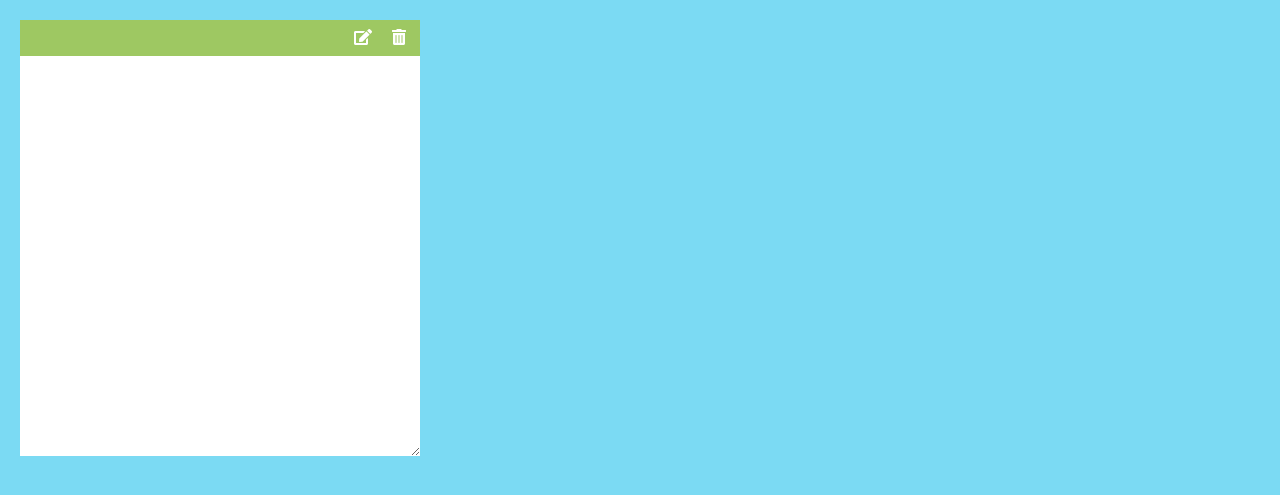
Repository: kate30980/projects-js-practice
Page: notes-app/index.html
An editor plug-in stored every save of this project. The page is shown before and after a run of saves, followed by the edit.
The browser window is 1280 px wide. The pictures show the whole page.
Some web libraries are served in a nearby version.

Above is the page before, as saved 2021-09-12 09:10:44.

After the next 2 saves:
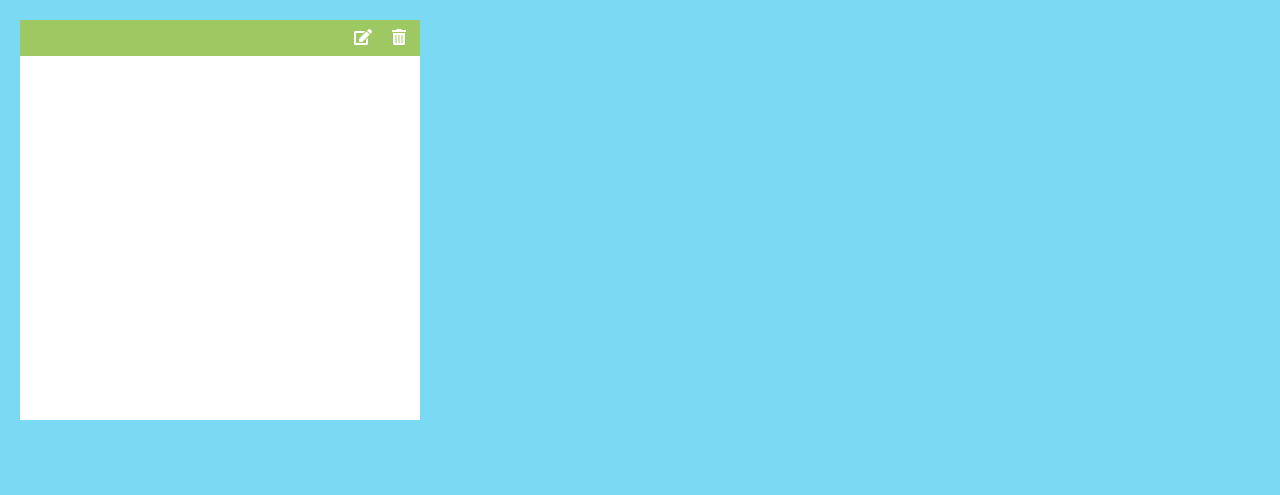
The 2 saves are shown as one change because they came seconds apart.
The last was saved 2 min 20 s later.
--- a/notes-app/style.css
+++ b/notes-app/style.css
@@ -33,8 +33,10 @@
 }
 .notes .main{
     width: 100%;height: 100%;
+    display: none;
 }
 .notes textarea{
+    display: none;
     width: 100%;height: 100%;
     border: none;
     font-family: inherit;

After the 2 saves that followed:
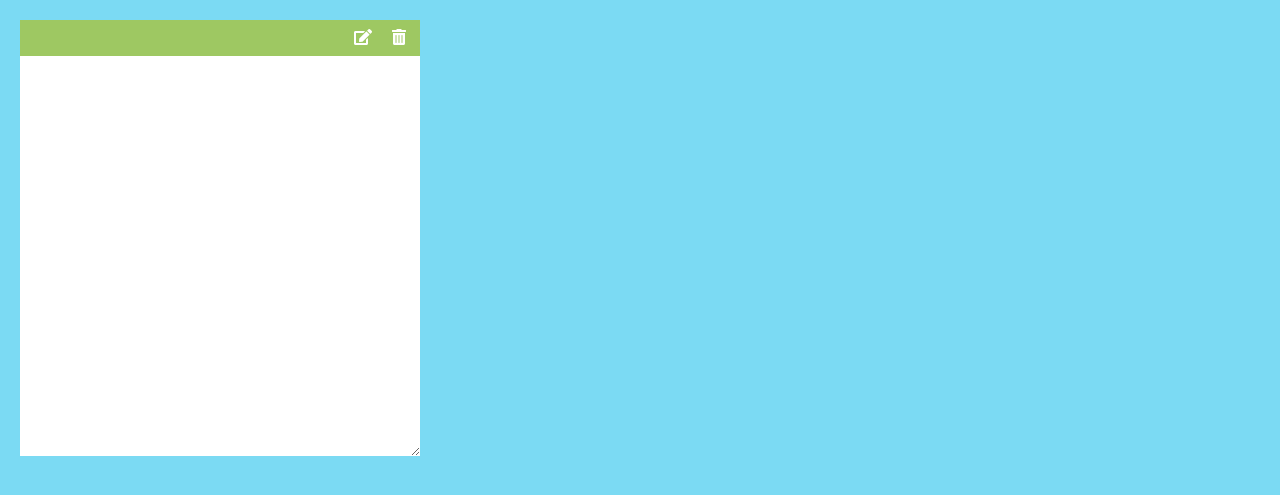
The 2 saves are shown as one change because 1 left the picture as it was.
The last was saved 37 s later.
--- a/notes-app/index.html
+++ b/notes-app/index.html
@@ -18,8 +18,8 @@
             <button><i class="fas fa-trash-alt"></i></button>
         </div>
         <div class="main">
-            <textarea></textarea>
         </div>
+        <textarea></textarea>
     </div>
 </body>
 
--- a/notes-app/style.css
+++ b/notes-app/style.css
@@ -36,7 +36,6 @@
     display: none;
 }
 .notes textarea{
-    display: none;
     width: 100%;height: 100%;
     border: none;
     font-family: inherit;
